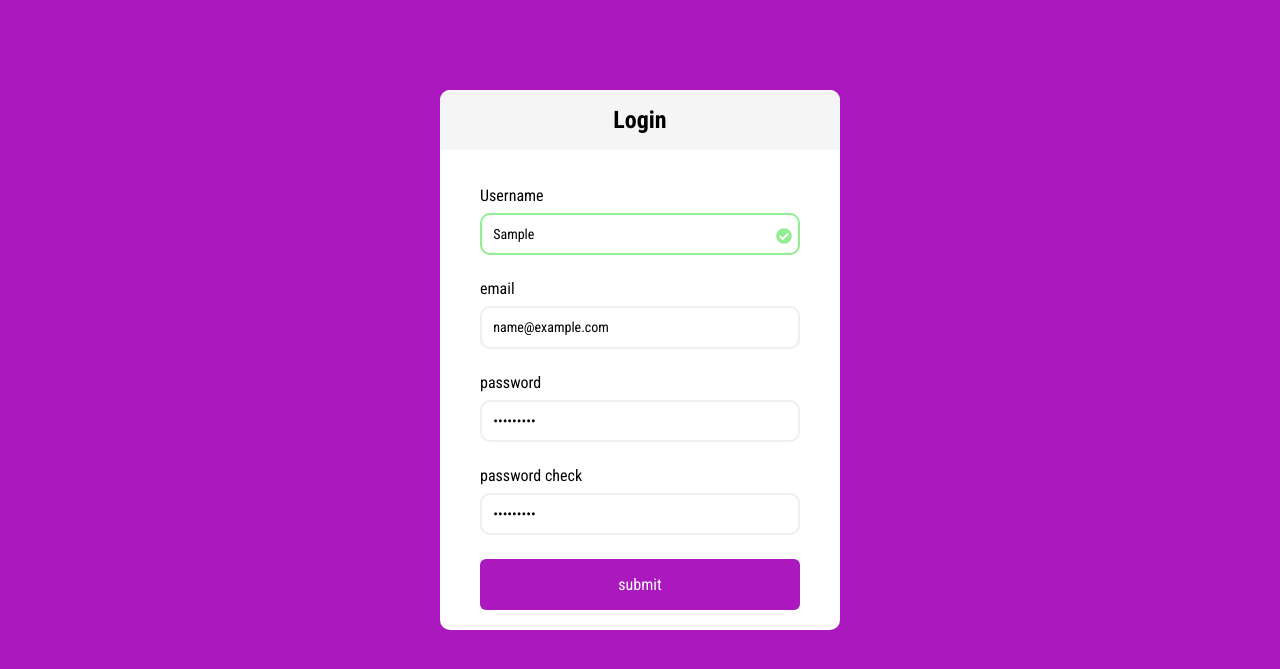
Repository: Abdoulrhman-altyeb/form-_validation-
Page: index.html
These files come from the project's save history. The page is drawn as it stood at one moment and after the next save; the edit follows.
The browser window is 1280 px wide. The pictures show the whole page.
Empty fields were first filled with sample values (such as "Sample", 5 or name@example.com).
After loading, the first visible `form.form` was submitted once.

Above is the page before, as saved 2021-05-23 21:15:43.

After the next save:
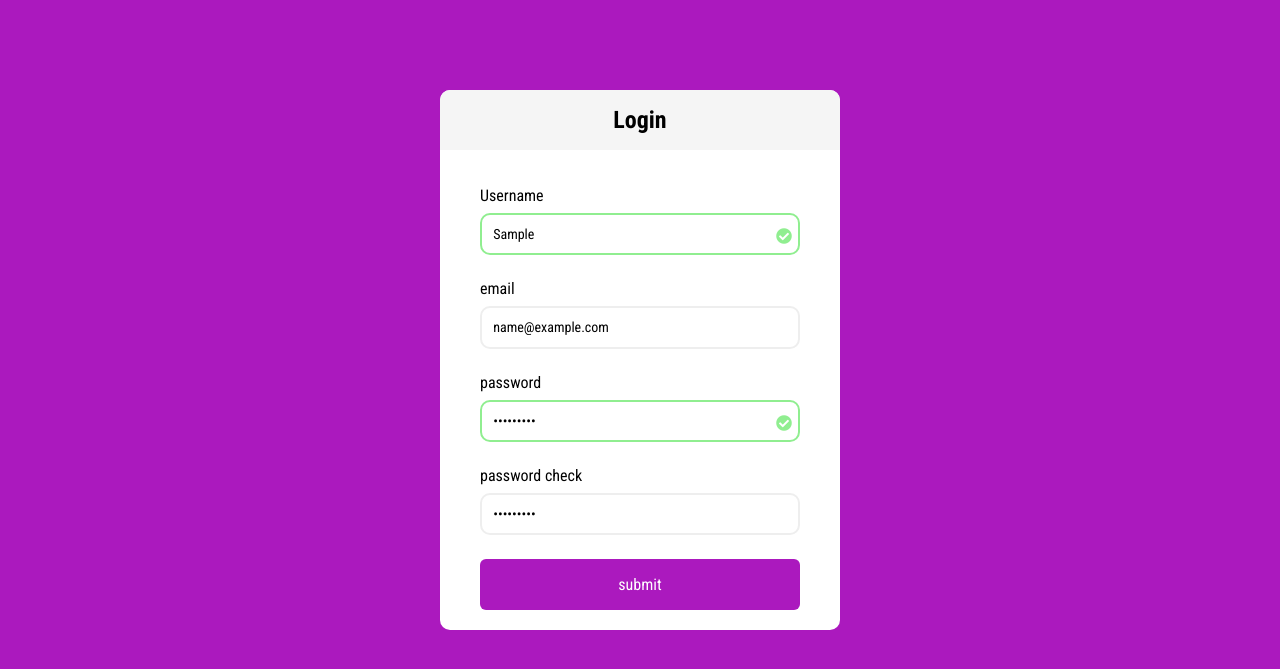
Saved 4 s later.
--- a/script.js
+++ b/script.js
@@ -19,9 +19,8 @@ const checkInput = (e) => {
 
     if (passowrdValue <= 0) {
         setError(password,'the password can not be blank')
-    }
-     else {
-        setSucces(username)
+    }else {
+        setSucces(password)
     }
 }
 
